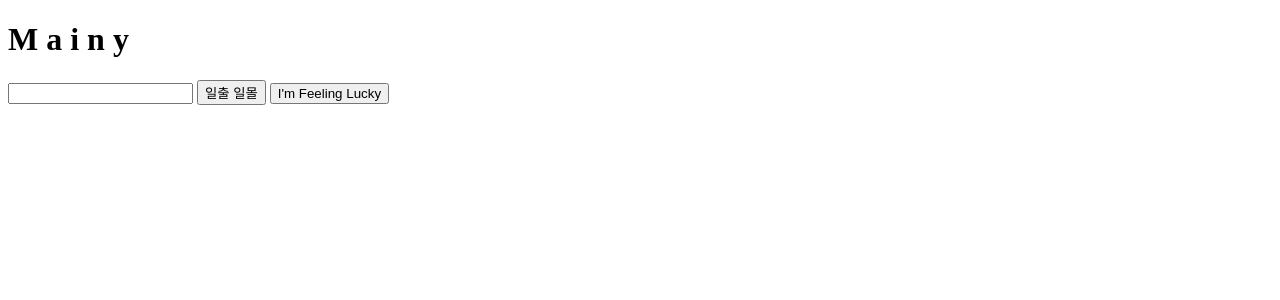
Repository: M1NARTY/WebProgramming
Page: index.html
These files come from the project's save history. The page is drawn as it stood at one moment and after the next save; the edit follows.
The browser window is 1280 px wide. The pictures show the whole page.

Above is the page before, as saved 2023-12-17 20:51:57.

### index.html
<!DOCTYPE html>
<html lang="ko">
    <head>
        <title>Mainy</title>
        <meta charset="UTF-8">
        <link rel="stylesheet" href="style.css">
        <style>

        </style>
    </head>
    <body>
        <h1 class="title">
            <span>M</span>
            <span>a</span>
            <span>i</span>
            <span>n</span>
            <span>y</span>
        </h1>
        <input type="text">
        <button>일출 일몰</button>
        <button>I'm Feeling Lucky</button>
    </body>
</html>

### style.css
title {
    text-align: center;
}

After the next save:
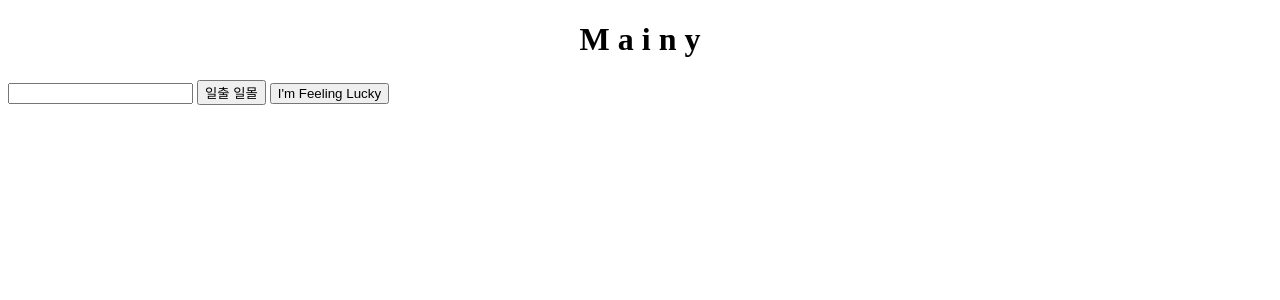
Saved 2 min 14 s later.
--- a/style.css
+++ b/style.css
@@ -1,3 +1,3 @@
-title {
+.title {
     text-align: center;
 }
